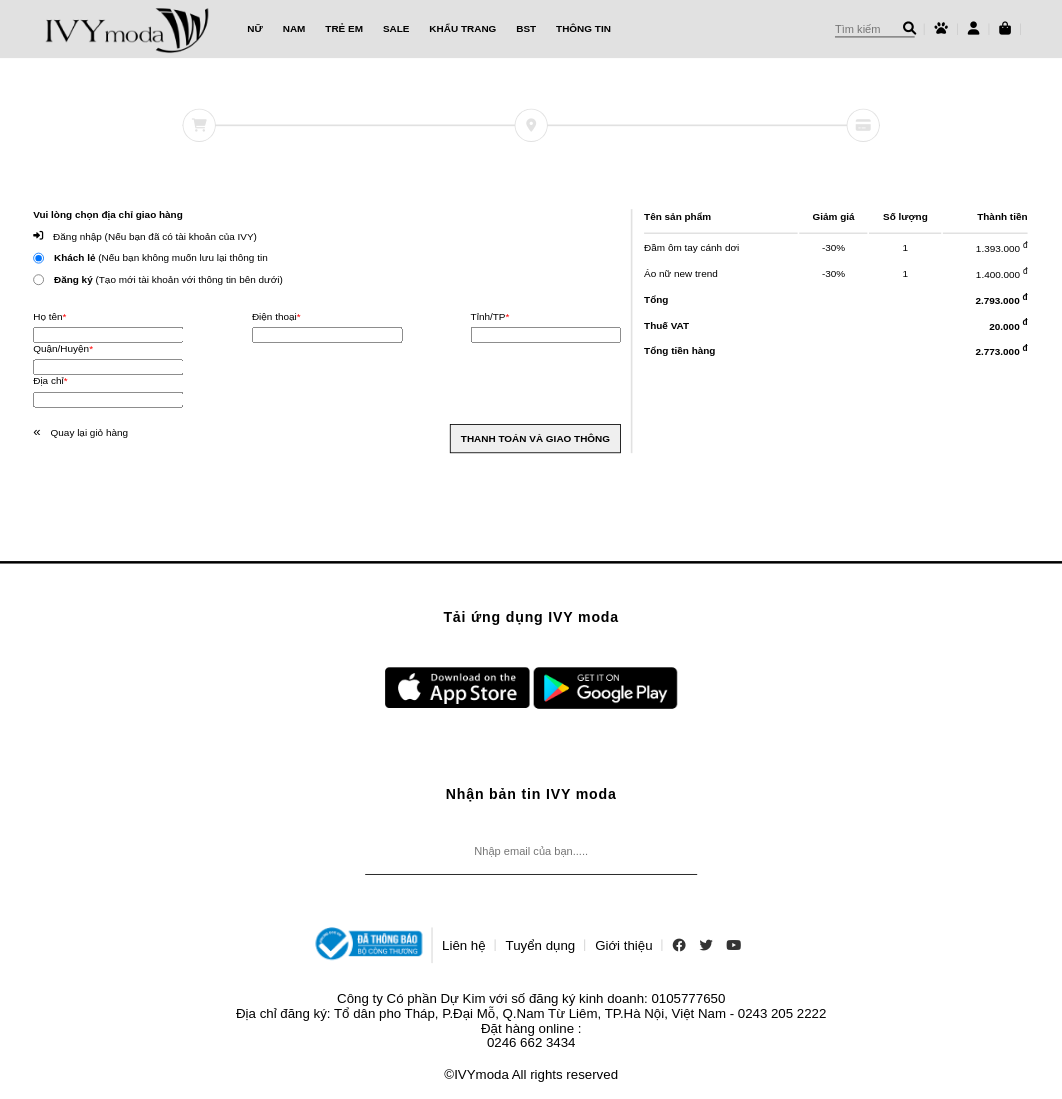
Repository: dinhvanbinh2310/ivy-moda
Page: delivery.html
These files come from the project's save history. The page is drawn as it stood at one moment and after the next save; the edit follows.
The browser window is 1280 px wide. The pictures show the whole page, at 83% of full size.

Above is the page before, as saved 2022-05-08 22:07:32.

After the next save:
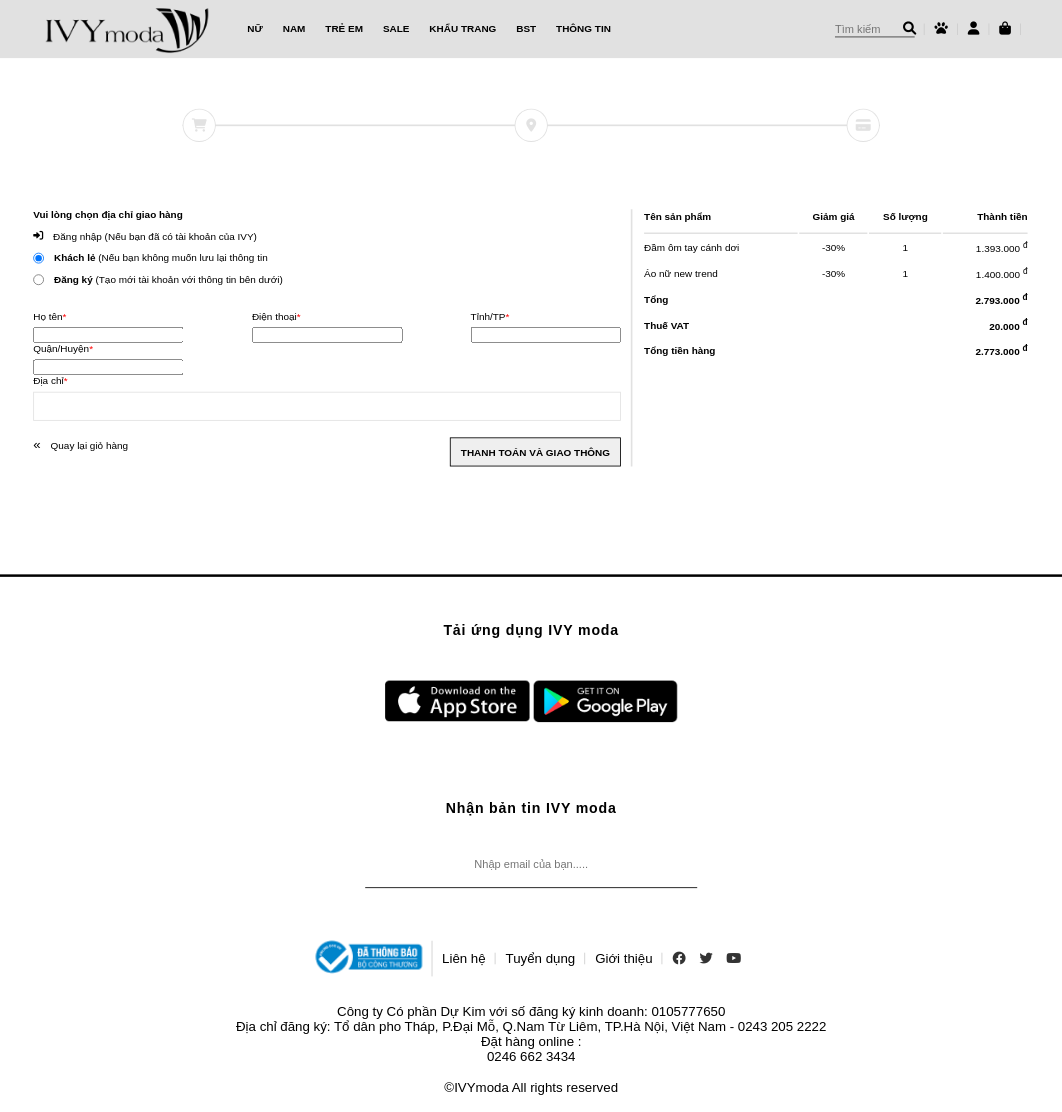
Saved 72 s later.
--- a/css/style.css
+++ b/css/style.css
@@ -785,6 +785,12 @@
   border: 1px solid #dddd;
   padding-left: 6px;
 }
+.delivery-content-left-input-input-bottom input{
+  width: 100%;
+  height: 35px;
+  border: 1px solid #dddd;
+  padding-left: 6px;
+}
 .delivery-content-left-button p {
 display: inline-block;
 font-family: Arial, Helvetica, sans-serif;
